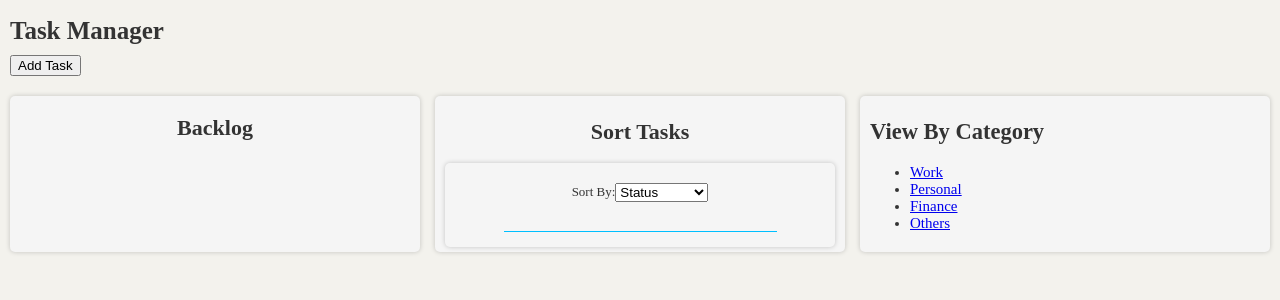
Repository: n-shen/task-tracker
Page: / (app in frontend/)
These files come from the project's save history. The page is drawn as it stood at one moment and after the next save; the edit follows.
The browser window is 1280 px wide. The pictures show the whole page.
The project was rebuilt for these pictures with package versions that can differ from the ones it lists, and the page was loaded fresh each time. Also part of the build but not shown: frontend/src/components/taskManager/addTask.jsx, frontend/src/components/tasks/task.jsx, frontend/src/components/taskManager/categoryTasks.jsx. Imported but missing from the stored project, and not drawn on this page: frontend/src/reportWebVitals.

Above is the page before, as saved 2023-04-20 14:11:54.

### frontend/public/index.html
<!DOCTYPE html>
<html lang="en">
  <head>
    <meta charset="utf-8" />
    <link rel="icon" href="%PUBLIC_URL%/favicon.ico" />
    <meta name="viewport" content="width=device-width, initial-scale=1" />
    <meta name="theme-color" content="#000000" />
    <meta
      name="description"
      content="Web site created using create-react-app"
    />
    <link rel="apple-touch-icon" href="%PUBLIC_URL%/logo192.png" />
    <!--
      manifest.json provides metadata used when your web app is installed on a
      user's mobile device or desktop. See https://developers.google.com/web/fundamentals/web-app-manifest/
    -->
    <link rel="manifest" href="%PUBLIC_URL%/manifest.json" />
    <!--
      Notice the use of %PUBLIC_URL% in the tags above.
      It will be replaced with the URL of the `public` folder during the build.
      Only files inside the `public` folder can be referenced from the HTML.

      Unlike "/favicon.ico" or "favicon.ico", "%PUBLIC_URL%/favicon.ico" will
      work correctly both with client-side routing and a non-root public URL.
      Learn how to configure a non-root public URL by running `npm run build`.
    -->
    <title>Task Tracker App</title>
  </head>
  <body>
    <noscript>You need to enable JavaScript to run this app.</noscript>
    <div id="root"></div>
    <!--
      This HTML file is a template.
      If you open it directly in the browser, you will see an empty page.

      You can add webfonts, meta tags, or analytics to this file.
      The build step will place the bundled scripts into the <body> tag.

      To begin the development, run `npm start` or `yarn start`.
      To create a production bundle, use `npm run build` or `yarn build`.
    -->
  </body>
</html>

### frontend/src/index.js
import React from "react";
import ReactDOM from "react-dom/client";
import "./styles/index.css";
import App from "./App";
import reportWebVitals from "./reportWebVitals";
import { BrowserRouter } from "react-router-dom";

const root = ReactDOM.createRoot(document.getElementById("root"));
root.render(
  <React.StrictMode>
    <BrowserRouter>
      <App />
    </BrowserRouter>
  </React.StrictMode>
);

// If you want to start measuring performance in your app, pass a function
// to log results (for example: reportWebVitals(console.log))
// or send to an analytics endpoint. Learn more: https://bit.ly/CRA-vitals
reportWebVitals();

### frontend/src/styles/index.css
body {
  margin: 0;
  font-family: -apple-system, BlinkMacSystemFont, 'Segoe UI', 'Roboto', 'Oxygen',
    'Ubuntu', 'Cantarell', 'Fira Sans', 'Droid Sans', 'Helvetica Neue',
    sans-serif;
  -webkit-font-smoothing: antialiased;
  -moz-osx-font-smoothing: grayscale;
  background-color: #f2f5f5;
}

code {
  font-family: source-code-pro, Menlo, Monaco, Consolas, 'Courier New',
    monospace;
}

html {
  font-size: 62.5%;
}

### frontend/src/App.js
import React from "react";
import TaskManager from "./components/taskManager/manager";


function App() {
  return (
    <div className="App">
      <TaskManager />
    </div>
  );
}

export default App;

### frontend/src/components/taskManager/manager.jsx
import React, { useState, useEffect } from "react";
import AddTaskForm from "./addTask";
import TaskList from "../tasks/taskLists";
import SortTasks from "./sortTasks";
import ViewByCategory from "./viewByCategory";
import CategoryTask from "./categoryTasks";
import { Routes, Route } from "react-router-dom";
import "../../styles/manager.css";

const TaskManager = () => {
  const [tasks, setTasks] = useState(
    JSON.parse(localStorage.getItem("tasks")) || []
  );
  const [showAddTask, setShowAddTask] = useState(false);

  useEffect(() => {
    localStorage.setItem("tasks", JSON.stringify(tasks));
  }, [tasks]);

  const handleAddTask = (task) => {
    setTasks([...tasks, task]);
    setShowAddTask(false);
  };

  const handleShowAddTask = () => {
    setShowAddTask(true);
  };

  const handleHideAddTask = () => {
    setShowAddTask(false);
  };

  const handleDeleteTask = (index) => {
    const newTasks = [...tasks];
    newTasks.splice(index, 1);
    setTasks(newTasks);
  };

  const handleEditTask = (index, newTask) => {
    const newTasks = [...tasks];
    newTasks[index] = newTask;
    setTasks(newTasks);
  };

  return (
    <div className="taskManager">
      <div className="taskManager--wrapper">
        <h1 className="taskManager--title">Task Manager</h1>
          <div className="taskManager--addTask">
            <div className="taskManager--addTask__btn">
              <button onClick={handleShowAddTask} className="addTask-btn">
                Add Task
              </button>
            </div>
            <div className="taskManager--addTask__container">
              {showAddTask && (
                <AddTaskForm
                  onAdd={handleAddTask}
                  onHideAddTask={handleHideAddTask}
                />
              )}
            </div>
          </div>
          <div className="taskManager--grid">
          <div className="taskManager--taskList">
            <TaskList
              tasks={tasks}
              onDelete={handleDeleteTask}
              onEdit={handleEditTask}
            />
          </div>
          <div className="taskManager--sort">
            <SortTasks tasks={tasks} />
          </div>
          <div className="taskManager--view">
            <Routes>
              <Route path="/" element={<ViewByCategory tasks={tasks} />} />
              <Route
                path="/category/:category"
                element={<CategoryTask tasks={tasks} />}
              />
            </Routes>
          </div>
        </div>
      </div>
    </div>
  );
};

export default TaskManager;

### frontend/src/components/tasks/taskLists.jsx

import React from "react";
import Task from "./task";
import "../../styles/taskList.css";

const TaskList = ({ tasks, onDelete, onEdit }) => {
  return (
    <div className="taskList">
      <h1 className="taskList--head">Backlog</h1>
      {tasks.map((task, index) => (
        <Task
          key={index}
          index={index}
          task={task}
          onDelete={onDelete}
          onEdit={onEdit}
        />
      ))}
    </div>
  );
};

export default TaskList;

### frontend/src/components/taskManager/sortTasks.jsx
import { React, useState } from "react";
import "../../styles/sortTasks.css";

const SortTask = ({ tasks }) => {
  const [sortBy, setSortBy] = useState("status");

  const sortedTasks =
    tasks?.slice().sort((a, b) => {
      switch (sortBy) {
        case "title":
          return a.title.localeCompare(b.title);
        case "status":
          return a.status.localeCompare(b.status);
        case "dateAdded":
          return new Date(a.dateAdded) - new Date(b.dateAdded);
        case "dueDate":
          return new Date(a.dueDate) - new Date(b.dueDate);
        case "category":
          return a.category.localeCompare(b.category);
        default:
          return 0;
      }
    }) || [];

  const handleSortBy = (e) => {
    setSortBy(e.target.value);
  };

  return (
    <div className="sort">
      <h2 className="sort--head">Sort Tasks</h2>
      <div className="sort--wrapper">
        <div className="sort--select">
          <label htmlFor="sort" className="sort--label">
            Sort By:{" "}
          </label>
          <select name="sort" value={sortBy} onChange={handleSortBy}>
            <option value="title" className="sort--option">
              Title
            </option>
            <option value="status" className="sort--option">
              Status
            </option>
            <option value="dateAdded" className="sort--option">
              Date Added
            </option>
            <option value="dueDate" className="sort--option">
              Due Date
            </option>
          </select>
        </div>
        <div>
          <ul className="sort--lists">
            {sortedTasks.map((task, index) => (
              <li key={index} className="sort--list">
                <p className="sort--list__item">{task.title}</p>
                <p className="sort--list__item">{task.description}</p>
                <p className="sort--list__item">Status: {task.status}</p>
                <p className="sort--list__item">Date Added: {task.dateAdded}</p>
                <p className="sort--list__item">Due Date: {task.dueDate}</p>
                <p className="sort--list__item">Category: {task.category}</p>
              </li>
            ))}
          </ul>
        </div>
      </div>
    </div>
  );
};

export default SortTask;

### frontend/src/components/taskManager/viewByCategory.jsx
import React from "react";
import { Link, useParams } from "react-router-dom";

const ViewByCategory = ({ tasks }) => {
  const categories = ["Work", "Personal", "Finance", "Others"];
  const { category } = useParams();

  const tasksByCategory = (category) => {
    return tasks.filter((task) => task.category === category);
  };

  return (
    <div>
      <h2>View By Category</h2>
      <ul>
        {categories.map((categoryName) => (
          <li key={categoryName}>
            <Link to={`/category/${categoryName}`}>
              {categoryName}
            </Link>
          </li>
        ))}
      </ul>
      {category && (
        <div>
          <h3>{category}</h3>
          <ul>
            {tasksByCategory(category).map((task, index) => (
              <li key={index}>
                <div>Title: {task.title}</div>
                <div>Description: {task.description}</div>
                <div>Status: {task.status}</div>
                <div>Due Date: {task.dueDate}</div>
                <div>Category: {task.category}</div>
              </li>
            ))}
          </ul>
        </div>
      )}
    </div>
  );
};

export default ViewByCategory;

### frontend/src/styles/manager.css
.taskManager {
    background-color: #f3f2ed;
    width: 100%;
    min-height: 100vh;
    display: flex;
    flex-direction: column;
    font-family: 'Fira Sans';
    font-size: 1.5rem;
    font-weight: 400;
    color: #333;
}

.taskManager--wrapper {
    padding: 0 1rem;
}

.taskManager--title {
    font-size: 2.5rem;
    font-weight: 700;
    margin-bottom: 1rem;
}

.taskManager--grid {
    display: grid;
    grid-template-columns: repeat(3, minmax(min-content, 1fr));
    grid-gap: 1.5rem;
    width: 100%;
    padding: 2rem 0;
}

.taskManager--grid > div {
    background-color: 	#F5F5F5;
    border-radius: 0.5rem;
    padding: .5rem 1rem;
    box-shadow: 0 0 0.5rem rgba(0, 0, 0, 0.2);
}

### frontend/src/styles/taskList.css
.taskList {
  display: flex;
  flex-direction: column;
  align-items: flex-start;
  width: 100%;
  height: 100%;
}

.taskList--head {
  align-self: center;
  font-size: 2.2rem;
  font-weight: 700;
}

.task {
  display: flex;
  flex-direction: column;
  align-items: flex-start;
  width: 100%;
  height: 100%;
  margin-bottom: 1rem;
}

.task--wrapper {
  display: flex;
  flex-direction: column;
  align-items: center;
  width: 100%;
  height: 100%;
  border-radius: 0.5rem;
  box-shadow: 0 0 0.5rem rgba(0, 0, 0, 0.2);
}

.task--item {
  display: flex;
  justify-content: center;
  align-items: center;
  width: 70%;
  height: 100%;
  border-bottom: 1px solid #00bfff;
  padding-bottom: 1rem;
  font-size: 1.3rem;
}

strong {
  font-weight: 700;
  margin-right: .5rem;
}

.task--item:last-child {
  border-bottom: none;
}

.task--btns {
  display: flex;
  justify-content: center;
  align-items: center;
  gap: 2rem;
  width: 100%;
  height: 100%;
  padding: 1rem;
}

.task--btn {
  border-radius: 1rem;
  background-color: #00bfff;
  color: #F5F5F5;
  font-size: 1.2rem;
  cursor: pointer;
  padding: 0.5rem 1rem;
  border: none;
  outline: none;
}

.task--btn:hover {
  color: #00bfff;
  background-color: #f3f2ed;
}

### frontend/src/styles/sortTasks.css
.sort {
  display: flex;
  flex-direction: column;
  align-items: flex-start;
  width: 100%;
  height: 100%;
}

.sort--head {
  align-self: center;
  font-size: 2.2rem;
  font-weight: 700;
}

.sort--wrapper {
  display: flex;
  flex-direction: column;
  align-items: center;
  width: 100%;
  height: 100%;
  border-radius: 0.5rem;
  box-shadow: 0 0 0.5rem rgba(0, 0, 0, 0.2);
}

.sort--select {
  display: flex;
  justify-content: center;
  align-items: center;
  width: 70%;
  height: 100%;
  border-bottom: 1px solid #00bfff;
  padding-bottom: 1rem;
  font-size: 1.3rem;
}

After the next save:
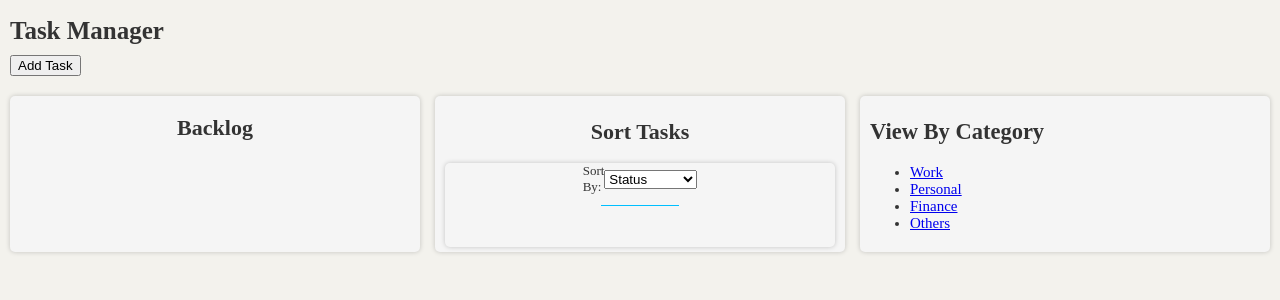
Saved 15 s later.
--- a/frontend/src/styles/sortTasks.css
+++ b/frontend/src/styles/sortTasks.css
@@ -26,8 +26,7 @@
   display: flex;
   justify-content: center;
   align-items: center;
-  width: 70%;
-  height: 100%;
+  width: 20%;
   border-bottom: 1px solid #00bfff;
   padding-bottom: 1rem;
   font-size: 1.3rem;
